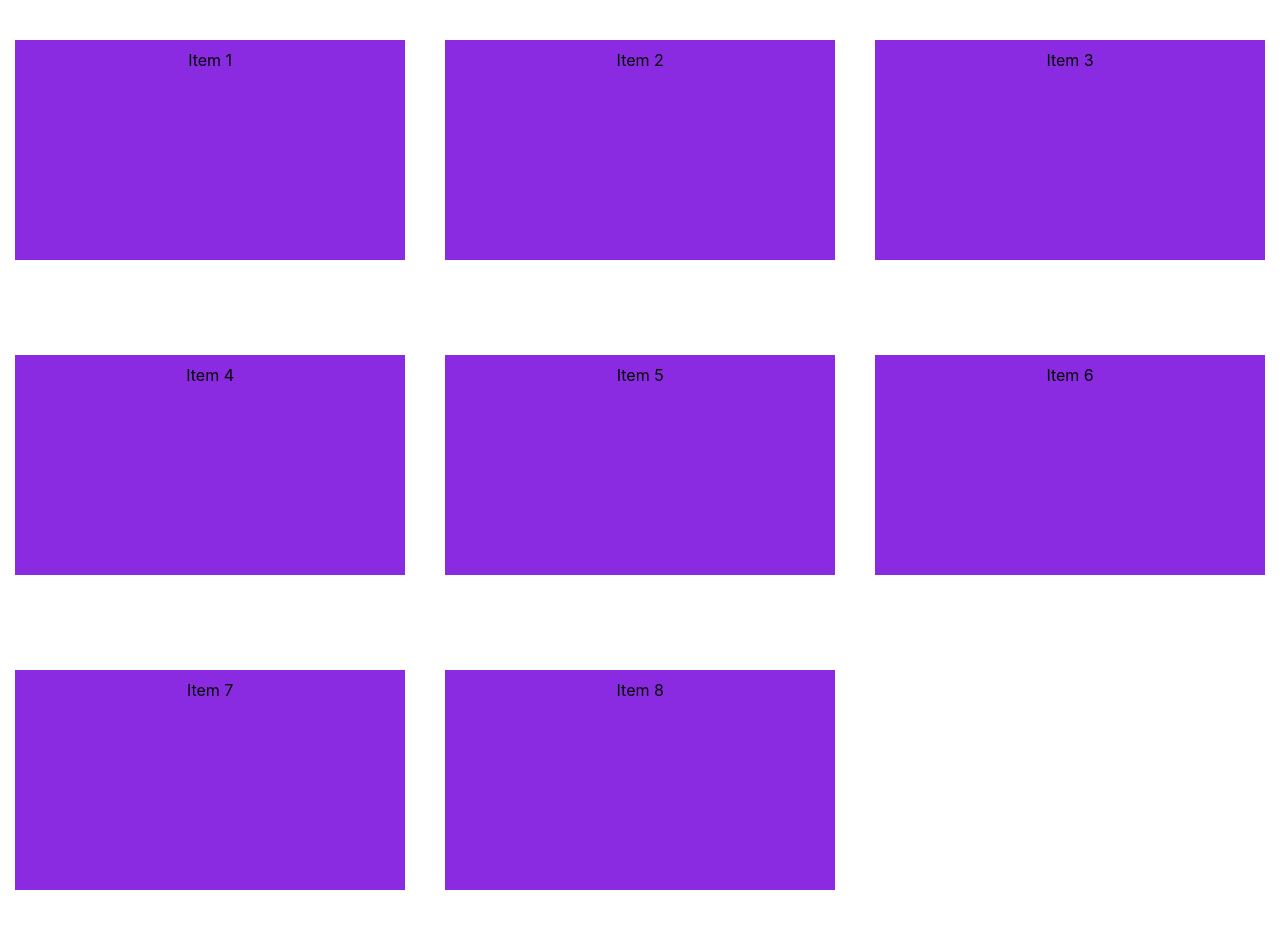
Repository: thai-shriya/anxiety-tracker
Page: /
The author's editor kept a copy of each file at every save. The page is drawn from the files as they stood at one save, then again after the next save.
The browser window is 1280 px wide. The pictures show the whole page.
The project was rebuilt for these pictures with package versions that can differ from the ones it lists, and the page was loaded fresh each time.

Above is the page before, as saved 2024-04-22 14:59:43.

### src/App.js
import './App.css';

function App() {
  return (
    <div className='grid-container'>
      <div className='grid-item'>Item 1</div>
      <div className='grid-item'>Item 2</div>
      <div className='grid-item'>Item 3</div>
      <div className='grid-item'>Item 4</div>
      <div className='grid-item'>Item 5</div>
      <div className='grid-item'>Item 6</div>
      <div className='grid-item'>Item 7</div>
      <div className='grid-item'>Item 8</div>
    </div>

  );
}

export default App;

### src/App.css
.grid-container{
  display: grid;
  grid-template-columns: auto auto auto;
  column-gap: 10px;
  row-gap: 15px;
}

.grid-item{
  padding: 10px;
  text-align: center;
  border: 1px red;
  background-color:blueviolet;
  margin: 40px 15px 40px 15px;
  height: 200px;
  text-align: center;
}

Loaded but not shown: public/index.html (common file); src/index.js (common file); src/index.css (common file); src/reportWebVitals.js (common file)

After the next save:
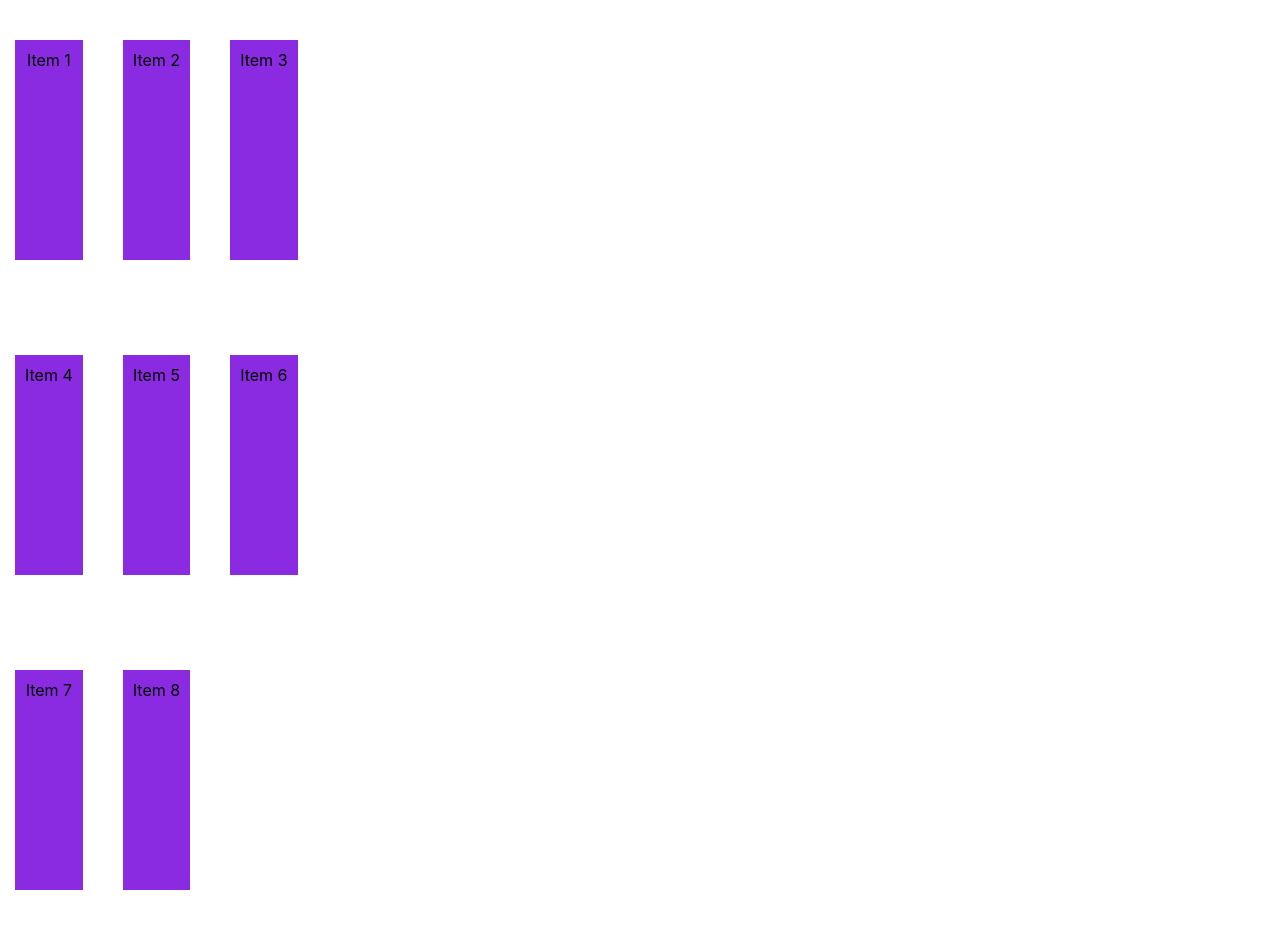
Saved 69 s later.
--- a/src/App.css
+++ b/src/App.css
@@ -1,5 +1,5 @@
 .grid-container{
-  display: grid;
+  display: inline-grid;
   grid-template-columns: auto auto auto;
   column-gap: 10px;
   row-gap: 15px;
@@ -13,4 +13,5 @@
   margin: 40px 15px 40px 15px;
   height: 200px;
   text-align: center;
+
 }

After the save that followed:
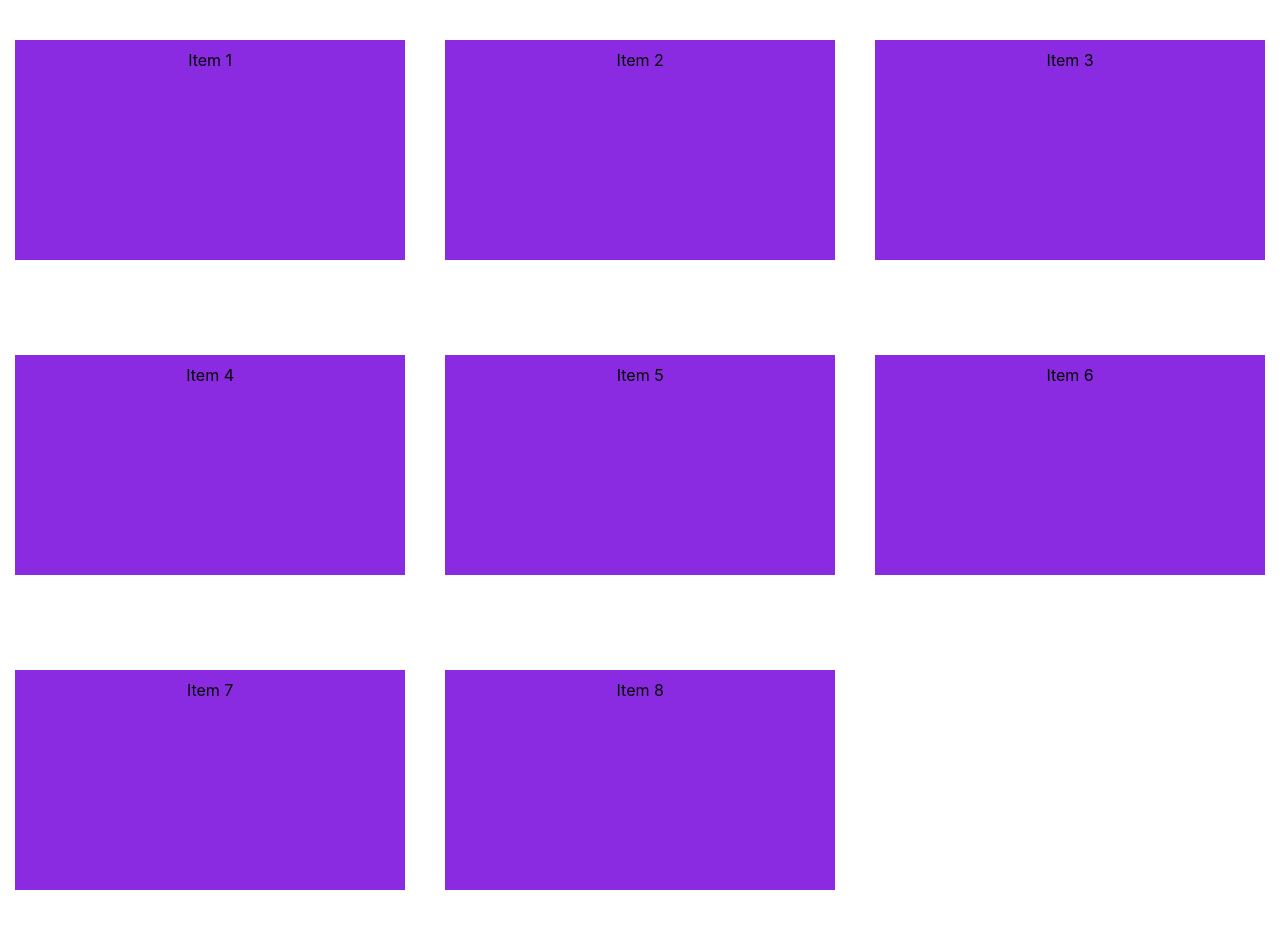
Saved 7 s later.
--- a/src/App.css
+++ b/src/App.css
@@ -1,5 +1,5 @@
 .grid-container{
-  display: inline-grid;
+  display: grid;
   grid-template-columns: auto auto auto;
   column-gap: 10px;
   row-gap: 15px;
